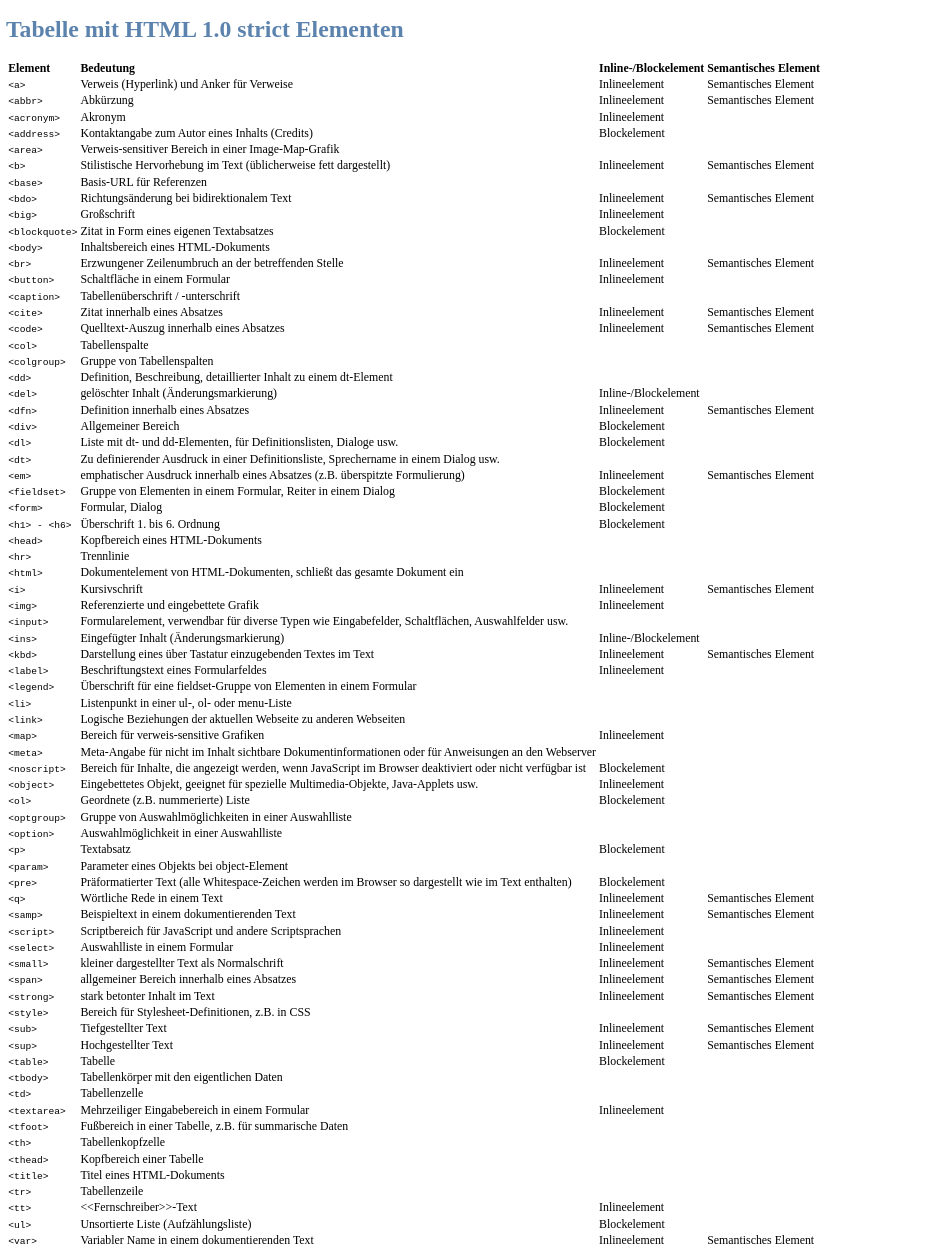
Repository: pLurchi/MyWebengineeringRepo
Page: RemoteSystemsTempFiles/HA-Kapitel06/WebContent/index.html
These files come from the project's save history. The page is drawn as it stood at one moment and after the next save; the edit follows.
The browser window is 1280 px wide. The pictures show the whole page, at 74% of full size.

Above is the page before, as saved 2013-11-28 18:56:50.

After the next save:
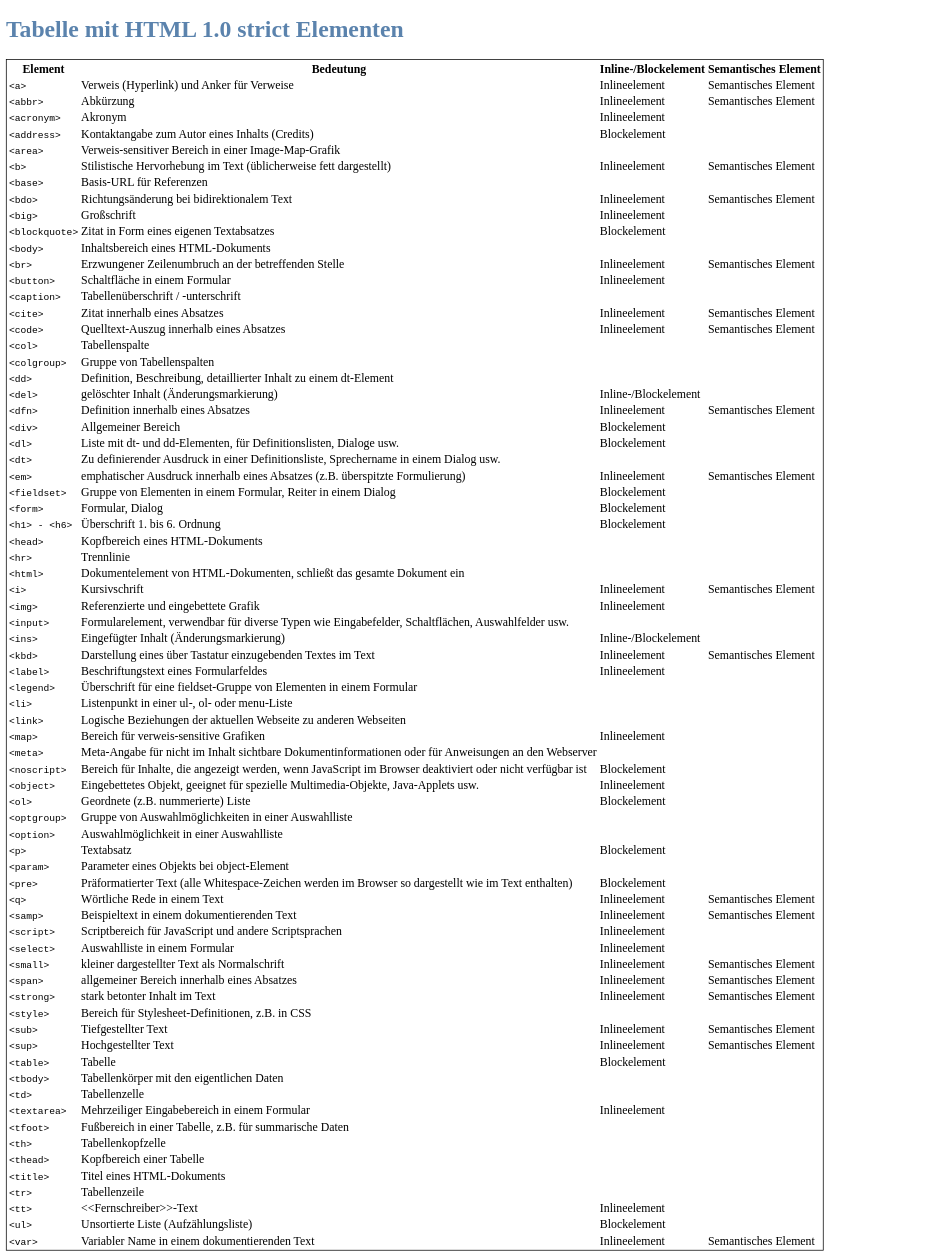
Saved 45 s later.
--- a/RemoteSystemsTempFiles/HA-Kapitel06/WebContent/CSS/stylesheet.css
+++ b/RemoteSystemsTempFiles/HA-Kapitel06/WebContent/CSS/stylesheet.css
@@ -8,6 +8,10 @@ h1 {
 	color: #5B83AD;
 }
 
+table {
+	border: 1px solid black;
+}
+
 th {
-	text-align: left;
+	text-align: left top;
 }
